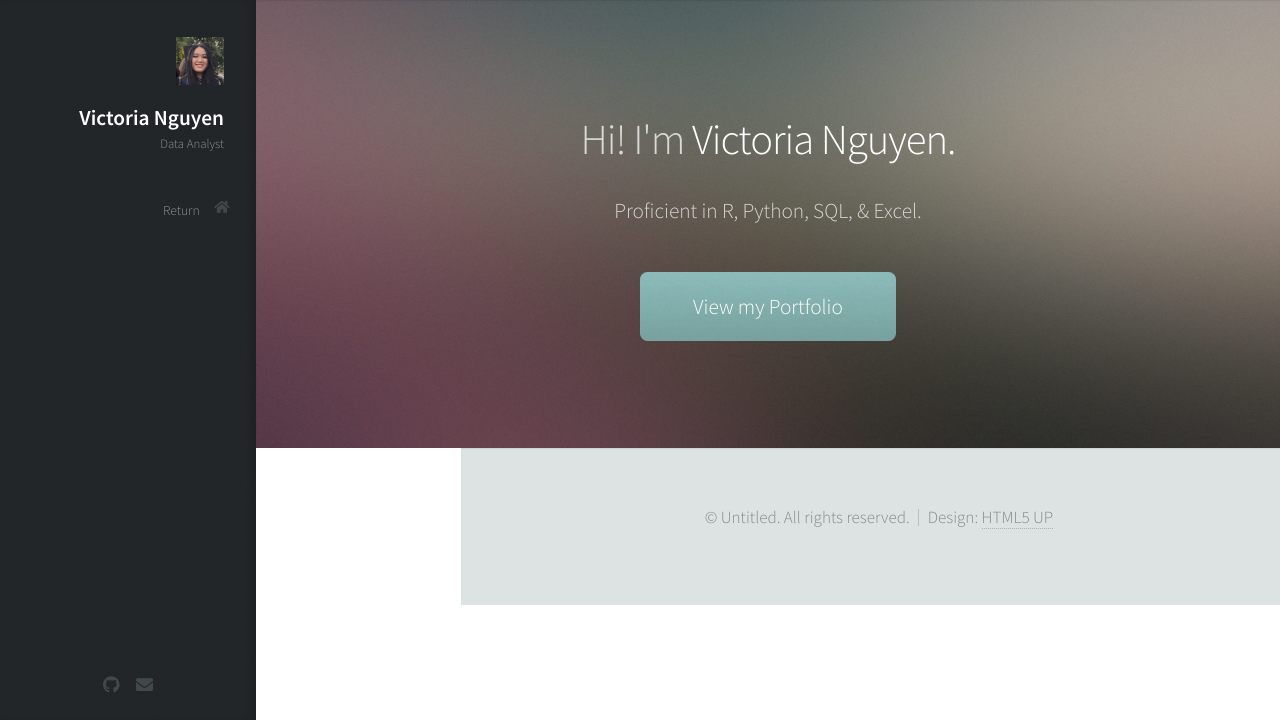
Repository: VictoriaTCNguyen/VictoriaTCNguyen
Page: portfolio_data_cleaning_with_python.html
These files come from the project's save history. The page is drawn as it stood at one moment and after the next save; the edit follows.
The browser window is 1280 px wide. The pictures show the whole page.

Above is the page before, as saved 2023-05-31 06:25:37.

After the next save:
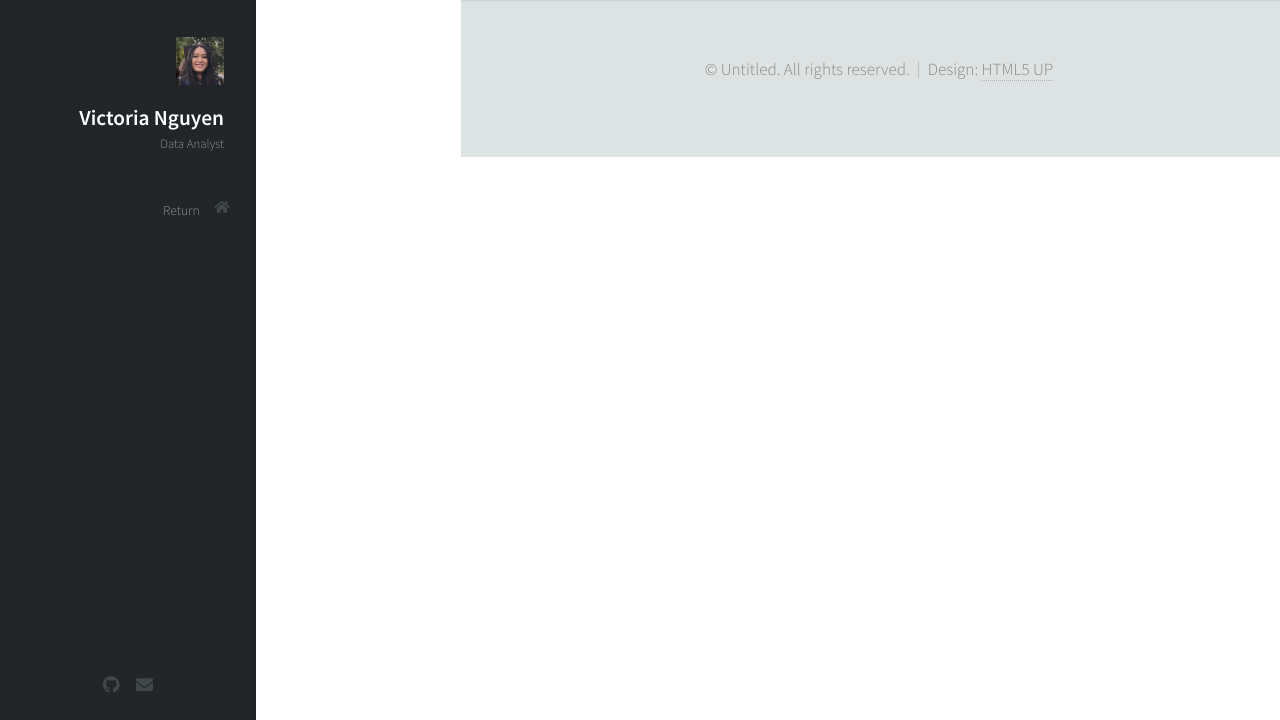
Saved 38 s later.
--- a/portfolio_data_cleaning_with_python.html
+++ b/portfolio_data_cleaning_with_python.html
@@ -51,22 +51,6 @@
 		<!-- Main -->
 			<div id="main">
 
-				<!-- Intro -->
-					<section id="top" class="one dark cover">
-						<div class="container">
-
-							<header>
-								<h2 class="alt">Hi! I'm <strong>Victoria Nguyen.</strong> </h2>
-								<p>Proficient in R, Python, SQL, & Excel.</p>
-							</header>
-
-							<footer>
-								<a href="#portfolio" class="button scrolly">View my Portfolio</a>
-							</footer>
-
-						</div>
-					</section>
-
 		<!-- Footer -->
 			<div id="footer">
 
